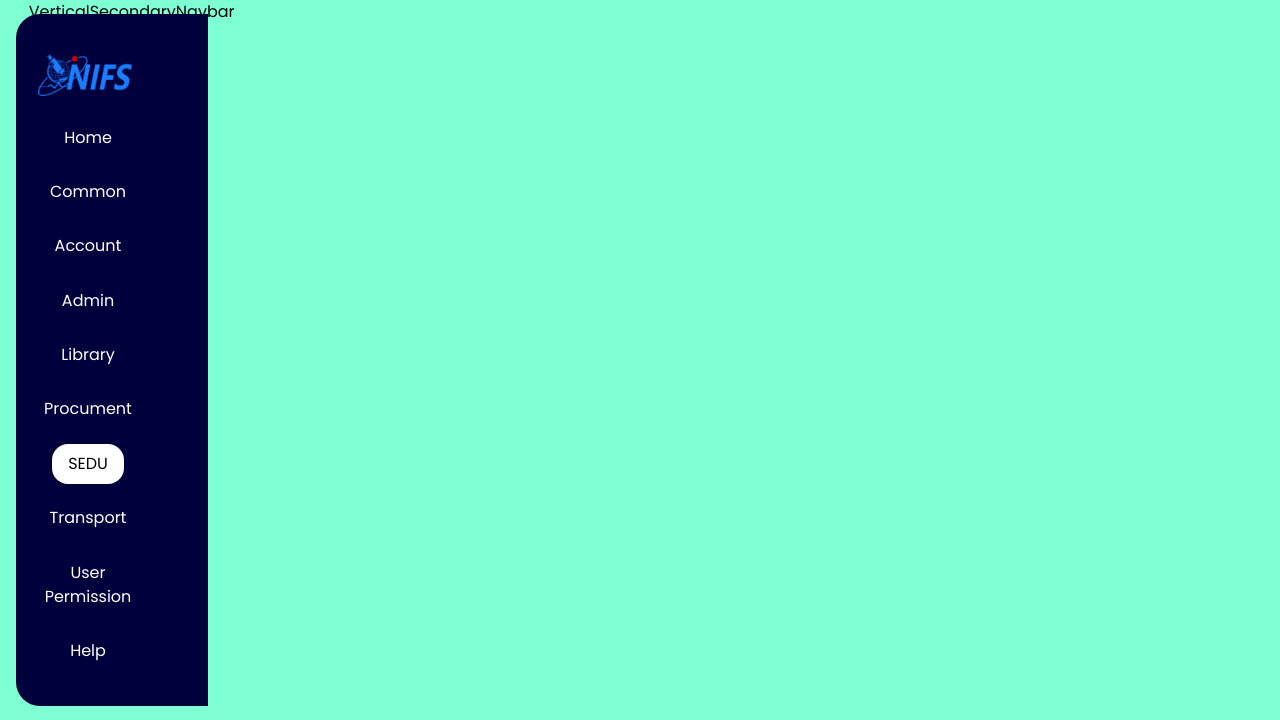
Repository: virangaj/NIFS-WebApp
Page: /sedu (app in client/)
An editor plug-in stored every save of this project. The page is shown before and after a run of saves, followed by the edit.
The browser window is 1280 px wide. The pictures show the whole page.
Pictures or frames that could not be fetched are drawn as grey boxes. The project was rebuilt for these pictures with package versions that can differ from the ones it lists, and the page was loaded fresh each time. Also part of the build but not shown: client/src/pages/Login.tsx, client/src/pages/Home.tsx, client/src/components/Transport/shared/TransportNavbar.js, client/src/pages/TransportMainPage.tsx, client/src/pages/CommonMainPage.tsx, client/src/pages/AccountMainPage.tsx, client/src/pages/AdminMainPage.tsx, client/src/pages/LibraryMainPage.js and 15 more.

Above is the page before, as saved 2022-07-30 23:07:11.

### client/public/index.html
<!DOCTYPE html>
<html lang="en">
	<head>
		<meta charset="utf-8" />
		<link rel="icon" href="nifs_logo.png" />
		<meta name="viewport" content="width=device-width, initial-scale=1" />
		<meta name="theme-color" content="#000000" />
		<meta
			name="description"
			content="Web site created using create-react-app"
		/>
		<link rel="apple-touch-icon" href="%PUBLIC_URL%/logo192.png" />
		<!--
      manifest.json provides metadata used when your web app is installed on a
      user's mobile device or desktop. See https://developers.google.com/web/fundamentals/web-app-manifest/
    -->
		<link rel="manifest" href="%PUBLIC_URL%/manifest.json" />
		<!--
      Notice the use of %PUBLIC_URL% in the tags above.
      It will be replaced with the URL of the `public` folder during the build.
      Only files inside the `public` folder can be referenced from the HTML.

      Unlike "/favicon.ico" or "favicon.ico", "%PUBLIC_URL%/favicon.ico" will
      work correctly both with client-side routing and a non-root public URL.
      Learn how to configure a non-root public URL by running `npm run build`.
    -->
		<link
			href="https://fonts.googleapis.com/css?family=Poppins"
			rel="stylesheet"
		/>
		<title>NIFS Dashboard</title>
	</head>
	<body>
		<noscript>You need to enable JavaScript to run this app.</noscript>
		<div id="root"></div>
		<!--
      This HTML file is a template.
      If you open it directly in the browser, you will see an empty page.

      You can add webfonts, meta tags, or analytics to this file.
      The build step will place the bundled scripts into the <body> tag.

      To begin the development, run `npm start` or `yarn start`.
      To create a production bundle, use `npm run build` or `yarn build`.
    -->
	</body>
</html>

### client/src/index.css
@tailwind base;
@tailwind components;
@tailwind utilities;

* {
  margin: 0;
}

body {
  font-family: 'Poppins';
  -webkit-font-smoothing: antialiased;
  -moz-osx-font-smoothing: grayscale;
  background-color: aliceblue;

}

::-webkit-scrollbar {
  display: none;
}


:root {
  --main-navbar-back: #00003c;
  --nav-title-section-back: rgba(47, 163, 72, 0.589);
  --white: #fff;
  --black: #000;
  --gray: rgba(68, 68, 68, 0.432);
  --border-radius: 10px;
  --pimary: rgb(10, 94, 133);
  --warning: #ed3d63;

}


.nav-logo {
  width: 100px;
  height: auto;
  margin-bottom: 2vh;
}

a {
  text-decoration: none;
}

.border-l-rounded {}

/* main navbar */
.main-nav-bg {
  background-color: var(--main-navbar-back) !important;
}

.main-navbar {
  background-color: var(--main-navbar-back) !important;
  width: 100% !important;
  height: 80px !important;

}

/* secondary navbar */
.secondary-navbar {
  margin: auto;
}

.nav-flex-section {
  display: -webkit-flex;
  display: -ms-flexbox;
  display: flex;
  -webkit-flex-wrap: wrap;
  -ms-flex-wrap: wrap;
  flex-wrap: wrap;
  justify-content: center;
}

.nav-flex-inside {
  margin-left: 5px;
  margin-left: 5px;
}

.nav-title {
  font-size: 15px;
  text-align: center;
  color: var(--white);
  font-weight: 600;

}

.nav-title-section {
  border-radius: var(--border-radius);
  background-color: var(--nav-title-section-back);
  box-shadow: rgba(100, 100, 111, 0.2) 0px 7px 29px 0px;
  pointer-events: none;
  margin-left: 10px;
  margin-left: 10px;
}

.nav-icon {
  width: 40px;
}

.nav-link {
  display: flex;
  display: -webkit-flex;
  display: -ms-flexbox;
  flex-direction: column;
  align-items: center;
  font-size: 14px;
  margin-left: 5px;
  margin-right: 5px;
  border: none;
  box-shadow: rgba(100, 100, 111, 0.2) 0px 7px 29px 0px;
  padding: 4px 8px 6px 8px;
  margin-bottom: 10px;
  text-align: center;
  width: 125px;
  border-radius: var(--border-radius);
  background-color: var(--white);
  outline: none;
  min-height: 120px;
}

.nav-link:hover {
  color: var(--pimary);
  cursor: pointer;
  box-shadow: rgba(81, 146, 177, 0.2) 0px 7px 29px 0px;
  background-color: rgb(254, 255, 205);
  border-bottom: 2px solid var(--warning);
}


.nav-link:active {
  color: var(--pimary);
  cursor: pointer;
  box-shadow: rgba(81, 146, 177, 0.2) 0px 7px 29px 0px;
  background-color: rgb(205, 248, 255);
  border-bottom: 2px solid var(--warning);
}

.nav-link-active {
  color: var(--pimary);
  cursor: pointer;
  box-shadow: rgba(81, 146, 177, 0.2) 0px 7px 29px 0px;
  background-color: rgb(205, 248, 255);
  border-bottom: 2px solid var(--warning);
}

/* body content*/
.body-content {
  margin: auto;
  width: 90%;
  margin-top: 12vh;

}

/* main page content */
.main-content {
  width: 90%;
  margin: auto;
  margin-top: 20px;
}

/* sub page content */

.sub-body-content {
  border: 2px solid var(--gray);
  border-radius: var(--border-radius);
  padding: 10px;
}

.sub-body-title {
  font-size: 24px;
}



/* error page */
.error-page {
  border: 2px solid var(--gray);
  border-radius: var(--border-radius);
  height: 50vh;
  width: 50vw;
  margin: auto;
  margin-top: 50px;
}

.error-page-content {
  display: flex;
  flex-direction: column;
  align-items: center;
  text-align: center !important;
  margin-top: 50px;
}

.error-page-content h1 {
  font-size: 100px;
  color: var(--warning);
  font-weight: 700;
  pointer-events: none;

}

.error-page-content p {
  font-size: 20px;
  margin-bottom: 20px;
  pointer-events: none;
}


@media screen and (max-width: 1366px) {
  body {
    background-color: aquamarine;
  }

  .nav-link {
    font-size: 12px;
    padding: 4px 4px 6px 4px;
    width: 100px;
    min-height: 100px;
  }

  .nav-icon {
    width: 35px;
  }
}

### client/src/App.tsx
import React, { useEffect } from 'react';
import Navbar from './components/shared/Navbar';
import Login from './pages/Login'
import { BrowserRouter as Router, Route, Routes } from 'react-router-dom'
import Home from './pages/Home';
import TransportMainPage from './pages/TransportMainPage';
import CommonMainPage from './pages/CommonMainPage';
import AccountMainPage from './pages/AccountMainPage';
import AdminMainPage from './pages/AdminMainPage';
import LibraryMainPage from './pages/LibraryMainPage';
import ProcumentMainPage from './pages/ProcumentMainPage';
import SeduMainPage from './pages/SeduMainPage';
import UserPermissionMainPage from './pages/UserPermissionMainPage';
import NotificationMainPage from './pages/NotificationMainPage';
import HelpMainPage from './pages/HelpMainPage';
import ErrorPage from './pages/ErrorPage';
import VerticalMainNavbar from './components/shared/VerticalMainNavbar';


function App() {


  return (
    <div className='w-[98%] flex mx-auto flex-col h-[100vh]'>
      <Router>
        {/* <Navbar /> */}
        <div>
          <VerticalMainNavbar />
        </div>
        <div className='overflow-y-scroll ml-4 scroll-bar'>
          <Routes>
            <Route path="/login" element={<Login />} />
            <Route path="/" element={<Home />} />
            <Route path="/common/*" element={<CommonMainPage />} />
            <Route path="/account/*" element={<AccountMainPage />} />
            <Route path="/admin/*" element={<AdminMainPage />} />
            <Route path="/library/*" element={<LibraryMainPage />} />
            <Route path="/procument/*" element={<ProcumentMainPage />} />
            <Route path="/sedu/*" element={<SeduMainPage />} />
            <Route path="/transport/*" element={<TransportMainPage />} />
            <Route
              path="/user-permission/*"
              element={<UserPermissionMainPage />}
            />
            <Route
              path="/notification/*"
              element={<NotificationMainPage />}
            />
            <Route path="/help/*" element={<HelpMainPage />} />
            <Route path="/error-404" element={<ErrorPage />} />
          </Routes>
        </div>


      </Router>
    </div>
  );
}

export default App;

### client/src/pages/SeduMainPage.tsx
import React from 'react';
import { Route, Routes } from 'react-router-dom';
import AttendanceFeedback from '../components/sedu/AttendanceFeedback';
import EventRequest from '../components/sedu/EventRequest';
import MaterialSearch from '../components/sedu/MaterialSearch';
import ParticipantMaster from '../components/sedu/ParticipantMaster';
import ProjectProposal from '../components/sedu/ProjectProposal';
import QuickResponseCode from '../components/sedu/QuickResponseCode';
import SeduBooking from '../components/sedu/SeduBooking';
import SeduReportGenerator from '../components/sedu/SeduReportGenerator';
import SeduSecondaryNavbar from '../components/sedu/shared/SeduSecondaryNavbar';
import UpdateEventMaterial from '../components/sedu/UpdateEventMaterial';
import VenueMaster from '../components/sedu/VenueMaster';
import SecondaryNavbar from '../components/shared/SecondaryNavbar';
import Pages from '../components/data/SeduNavData.json'
import VerticalSecondaryNavbar from '../components/shared/VerticalSecondaryNavbar';

// sedu main page where all other section of sedu department can be access from here
function SeduMainPage() {
	// console.log(Pages);


	return (

		<div className="body-position" >
			{/* <SeduSecondaryNavbar /> */}
			{/* <SecondaryNavbar pages={Pages} /> */}
			{/* <div className="main-content"> */}
			<div className='secondary-nav-position'>
				<VerticalSecondaryNavbar pages={Pages} />
			</div>
			<div>
				<Routes>
					<Route path="/venue-master" element={<VenueMaster />} />
					<Route path="/participant-master" element={<ParticipantMaster />} />
					<Route path="/booking" element={<SeduBooking />} />
					<Route path="/event-request" element={<EventRequest />} />
					<Route path="/attendance-feedback" element={<AttendanceFeedback />} />
					<Route path="/update-material" element={<UpdateEventMaterial />} />
					<Route path="/quick-response" element={<QuickResponseCode />} />
					<Route path="/project-proposal" element={<ProjectProposal />} />
					<Route path="/material-search" element={<MaterialSearch />} />
					<Route path="/report-generator" element={<SeduReportGenerator />} />

				</Routes>
			</div>
		</div >);
}

export default SeduMainPage;

### client/src/components/shared/VerticalMainNavbar.tsx
import { Button } from '@mui/material'
import React from 'react'
import { Link, useLocation } from 'react-router-dom'
import Pages from '../data/MainNavPages.json'
import { HiMenuAlt2 } from "react-icons/hi";
import Logo from '../../images/nifs_logo.png'


function VerticalMainNavbar() {

    const location: any = useLocation();

    return (
        <>
            <div className='fixed left-0 w-48 top-[2vh] main-nav-bg ml-4 rounded-l-3xl'>
                <div className='h-[96vh] w-36 flex flex-col items-center py-10 px-2'>
                    <Link to='/'>
                        <img src={Logo} alt="logo" className="nav-logo" />
                    </Link>
                    {Pages.map((page, index) => (
                        location.pathname.split('/')[1] === page.link.split('/')[1] ?
                            <Link to={page.link} style={{ textDecoration: 'none' }} key={index}>
                                <button className='bg-white my-[1vh] px-4 py-2 rounded-2xl text-black'>
                                    {page.title}
                                </button>
                            </Link>
                            :
                            <Link to={page.link} style={{ textDecoration: 'none' }} key={index}>
                                <button className='my-[1vh] px-4 py-2 rounded-2xl text-white'>

                                    {page.title}
                                </button>
                            </Link>
                    ))}
                </div>
            </div>
            {/* <div className='fixed left-0 w-24 top-[2vh] visible md:invisible main-nav-bg ml-2 rounded-l-3xl'>
                <div className='h-[96vh] w-20 flex flex-col items-center py-10 px-2'>
                    <p className='text-white text-2xl cursor-pointer'>

                        <HiMenuAlt2 />
                    </p>


                </div>
            </div> */}
        </>
    )
}

export default VerticalMainNavbar

### client/src/components/data/SeduNavData.json
[
    {
        "section": "Master",
        "only_admin": false,
        "routes": [
            {
                "title": "Venue Master",
                "link": "/sedu/venue-master",
                "img": "https://img.icons8.com/fluency/50/000000/home.png",
                "only_admin": false
            },
            {
                "title": "Participant Master",
                "link": "/sedu/participant-master",
                "img": "https://img.icons8.com/fluency/50/000000/conference-foreground-selected.png",
                "only_admin": false
            }
        ]
    },
    {
        "section": "Transaction",
        "only_admin": false,
        "routes": [
            {
                "title": "Booking",
                "link": "/sedu/booking",
                "img": "https://img.icons8.com/fluency/50/000000/calendar-plus.png",
                "only_admin": false
            },
            {
                "title": "Event Request",
                "link": "/sedu/event-request",
                "img": "https://img.icons8.com/fluency/50/000000/invite.png",
                "only_admin": false
            },
            {
                "title": "Attendance Feedback",
                "link": "/sedu/attendance-feedback",
                "img": "https://img.icons8.com/fluency/50/000000/feedback-hub.png",
                "only_admin": false
            },
            {
                "title": " Update Event Material",
                "link": "/sedu/update-material",
                "img": "https://img.icons8.com/fluency/50/000000/available-updates.png",
                "only_admin": false
            },
            {
                "title": "Quick Response Code",
                "link": "/sedu/quick-response",
                "img": "https://img.icons8.com/fluency/50/000000/barcode-scanner.png",
                "only_admin": false
            },
            {
                "title": "Project Proposal",
                "link": "/sedu/project-proposal",
                "img": "https://img.icons8.com/fluency/50/000000/documents.png",
                "only_admin": false
            },
            {
                "title": "Material Search",
                "link": "/sedu/material-search",
                "img": "https://img.icons8.com/fluency/50/000000/search.png",
                "only_admin": false
            }
        ]
    },
    {
        "section": "Reports",
        "only_admin": true,
        "routes": [
            {
                "title": "SEDU Report Generator",
                "link": "/sedu/report-generator",
                "img": "https://img.icons8.com/cute-clipart/50/000000/load-from-file.png",
                "only_admin": true
            }
        ]
    }
]

### client/src/components/shared/VerticalSecondaryNavbar.tsx
import React from 'react'
import Box from '@mui/material/Box';
import { Link, useLocation } from 'react-router-dom';
import Employees from '../data/Employee.json';

function VerticalSecondaryNavbar(props: any) {
    console.log(props.pages)
    const location = useLocation();
    const user = Employees[0];
    // const isAdmin: Boolean = user.deparment.toUpperCase() === location.pathname.split('/')[1].toUpperCase() && user.admin === true;
    const isAdmin: Boolean = true;

    console.log(isAdmin)
    const pages: any = props.pages;
    return (
        <div>VerticalSecondaryNavbar</div>
    )
}

export default VerticalSecondaryNavbar

### client/src/components/data/MainNavPages.json
[
    {
        "id": 0,
        "title": "Home",
        "link": "/"
    },
    {
        "id": 1,
        "title": "Common",
        "link": "/common"
    },
    {
        "id": 2,
        "title": "Account",
        "link": "/account"
    },
    {
        "id": 3,
        "title": "Admin",
        "link": "/admin"
    },
    {
        "id": 4,
        "title": "Library",
        "link": "/library"
    },
    {
        "id": 5,
        "title": "Procument",
        "link": "/procument"
    },
    {
        "id": 6,
        "title": "SEDU",
        "link": "/sedu"
    },
    {
        "id": 7,
        "title": "Transport",
        "link": "/transport"
    },
    {
        "id": 8,
        "title": "User Permission",
        "link": "/user-permission"
    },
    {
        "id": 10,
        "title": "Help",
        "link": "/help"
    }
]

### client/src/components/data/Employee.json
[
    {
        "id": 0,
        "value": "Mr. Kamal",
        "admin": true,
        "deparment": "Transpoort"
    },
    {
        "id": 1,
        "value": "Mr. Sunil",
        "admin": true,
        "deparment": "SEDU"
    },
    {
        "id": 2,
        "value": "Mr. Kusal",
        "admin": false,
        "deparment": "Transpoort"
    },
    {
        "id": 3,
        "value": "Mrs. Nayana",
        "admin": false,
        "deparment": "SEDU"
    },
    {
        "id": 4,
        "value": "Miss Rashmi",
        "admin": false,
        "deparment": "Transpoort"
    }
]

Loaded but not shown: client/src/index.tsx (common file); client/src/reportWebVitals.ts (common file); client/tailwind.config.js (common file)

After the next 2 saves:
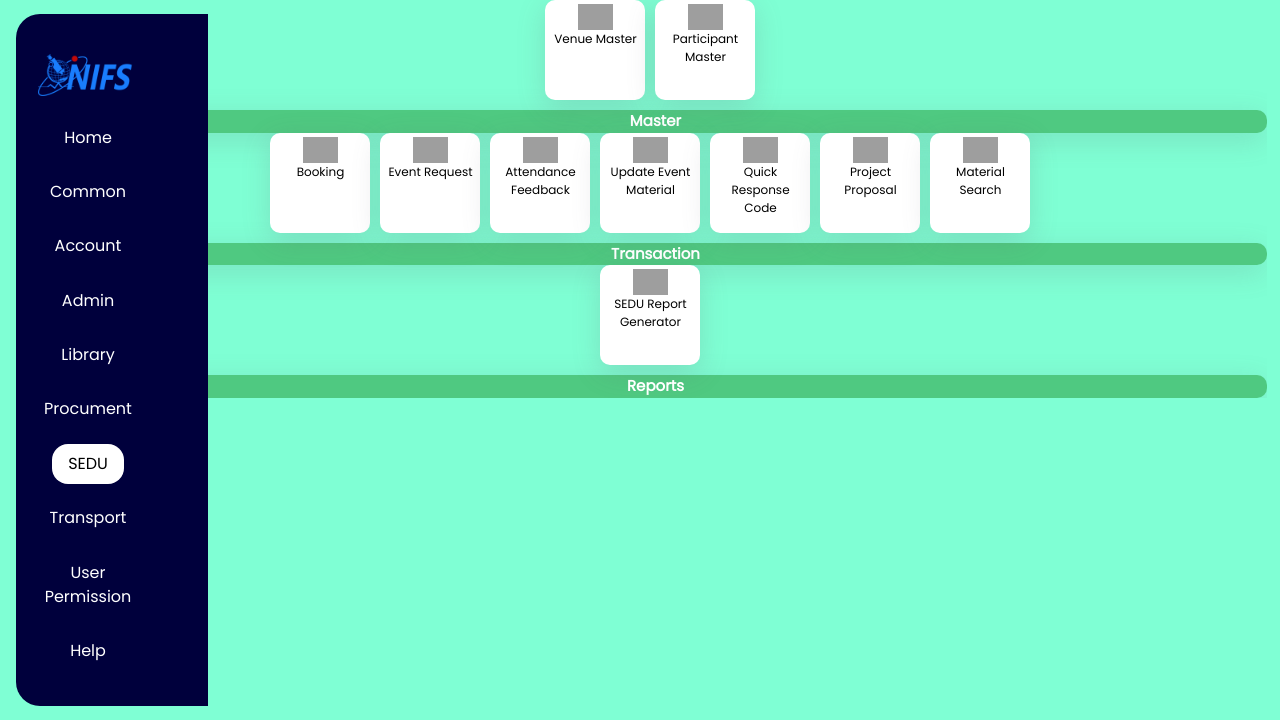
The 2 saves are shown as one change because 1 did not build or start.
The last was saved 43 s later.
--- a/client/src/components/shared/VerticalSecondaryNavbar.tsx
+++ b/client/src/components/shared/VerticalSecondaryNavbar.tsx
@@ -13,7 +13,36 @@ function VerticalSecondaryNavbar(props: any) {
     console.log(isAdmin)
     const pages: any = props.pages;
     return (
-        <div>VerticalSecondaryNavbar</div>
+        <div>
+            {pages.map((content: any, index: number) => (
+                isAdmin ? <div className='nav-flex-inside' key={index}>
+                    <div className='nav-flex-section'>
+                        {content.routes.map((page: any, i: number) => (
+                            <Link to={page.link} key={i}>
+                                <button className={location.pathname === page.link ? 'nav-link nav-link-active' : 'nav-link'}><span ><img src={page.img} alt={page.title} className='nav-icon' /></span> {page.title}</button>
+                            </Link>
+                        ))}
+                    </div>
+                    <div className='nav-title-section'>
+                        <p className='nav-title'>{content.section}</p>
+                    </div>
+                </div> :
+                    !content.only_admin ? <div className='nav-flex-inside' key={index}>
+                        <div className='nav-flex-section'>
+                            {content.routes.map((page: any, i: number) => (
+                                isAdmin ? <Link to={page.link} key={i}>
+                                    <button className={location.pathname === page.link ? 'nav-link nav-link-active' : 'nav-link'}><span ><img src={page.img} alt={page.title} className='nav-icon' /></span> {page.title}</button>
+                                </Link> : (!page.only_admin ? <Link to={page.link} key={i}>
+                                    <button className={location.pathname === page.link ? 'nav-link nav-link-active' : 'nav-link'}><span ><img src={page.img} alt={page.title} className='nav-icon' /></span> {page.title}</button>
+                                </Link> : "")
+                            ))}
+                        </div>
+                        <div className='nav-title-section'>
+                            <p className='nav-title'>{content.section}</p>
+                        </div>
+                    </div> : ""
+            ))}
+        </div>
     )
 }
 

After the save that followed:
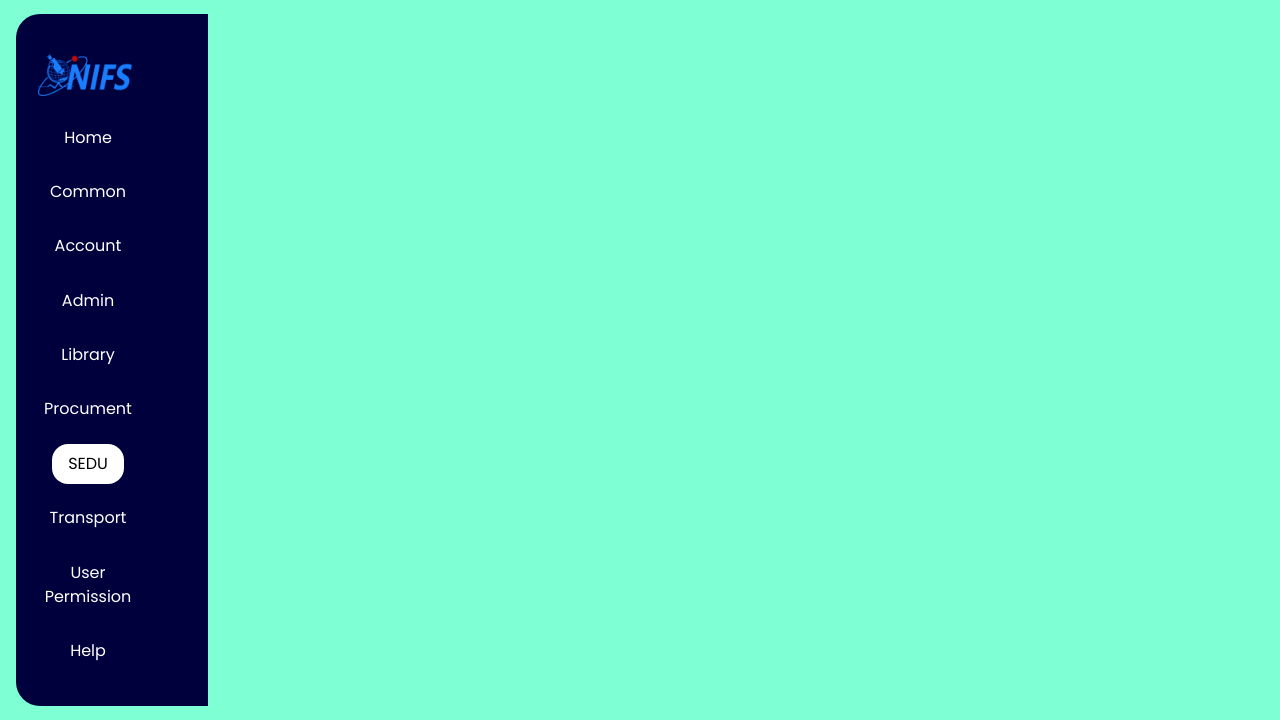
Saved 16 s later.
--- a/client/src/components/shared/VerticalSecondaryNavbar.tsx
+++ b/client/src/components/shared/VerticalSecondaryNavbar.tsx
@@ -14,34 +14,7 @@ function VerticalSecondaryNavbar(props: any) {
     const pages: any = props.pages;
     return (
         <div>
-            {pages.map((content: any, index: number) => (
-                isAdmin ? <div className='nav-flex-inside' key={index}>
-                    <div className='nav-flex-section'>
-                        {content.routes.map((page: any, i: number) => (
-                            <Link to={page.link} key={i}>
-                                <button className={location.pathname === page.link ? 'nav-link nav-link-active' : 'nav-link'}><span ><img src={page.img} alt={page.title} className='nav-icon' /></span> {page.title}</button>
-                            </Link>
-                        ))}
-                    </div>
-                    <div className='nav-title-section'>
-                        <p className='nav-title'>{content.section}</p>
-                    </div>
-                </div> :
-                    !content.only_admin ? <div className='nav-flex-inside' key={index}>
-                        <div className='nav-flex-section'>
-                            {content.routes.map((page: any, i: number) => (
-                                isAdmin ? <Link to={page.link} key={i}>
-                                    <button className={location.pathname === page.link ? 'nav-link nav-link-active' : 'nav-link'}><span ><img src={page.img} alt={page.title} className='nav-icon' /></span> {page.title}</button>
-                                </Link> : (!page.only_admin ? <Link to={page.link} key={i}>
-                                    <button className={location.pathname === page.link ? 'nav-link nav-link-active' : 'nav-link'}><span ><img src={page.img} alt={page.title} className='nav-icon' /></span> {page.title}</button>
-                                </Link> : "")
-                            ))}
-                        </div>
-                        <div className='nav-title-section'>
-                            <p className='nav-title'>{content.section}</p>
-                        </div>
-                    </div> : ""
-            ))}
+
         </div>
     )
 }
